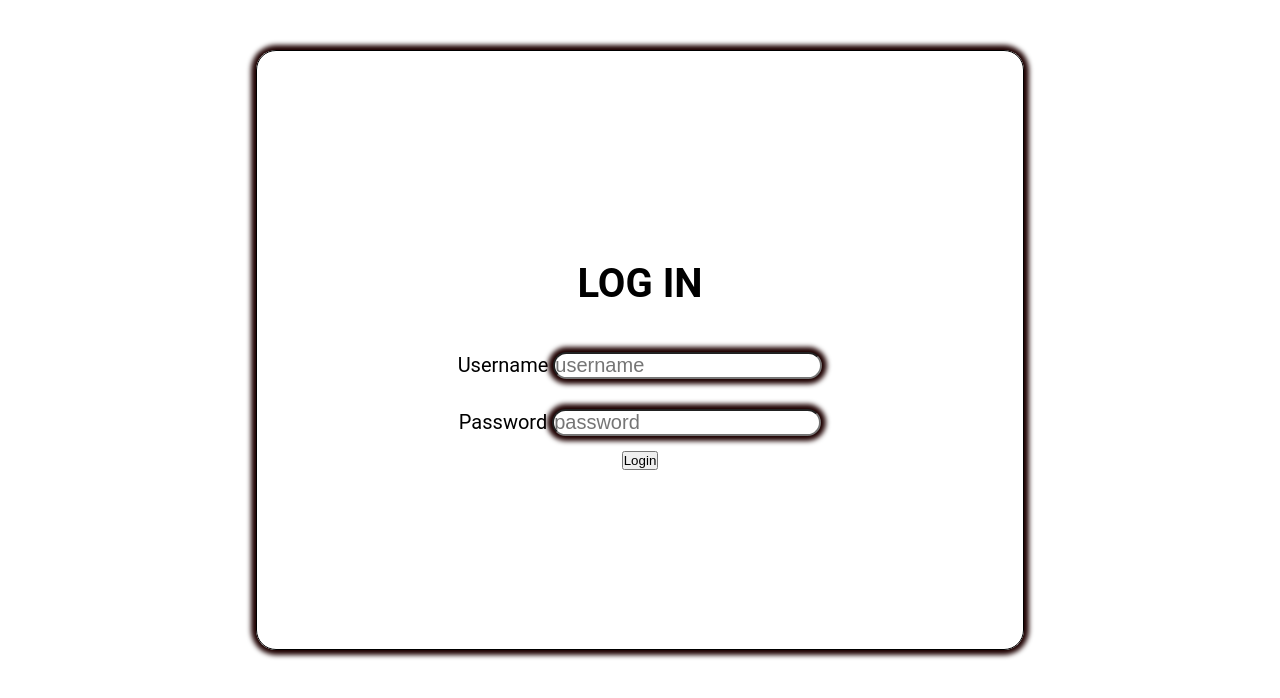
Repository: huyna1707/learning-git
Page: index.html
The author's editor kept a copy of each file at every save. The page is drawn from the files as they stood at one save, then again after the next save.
The browser window is 1280 px wide. The pictures show the whole page.

Above is the page before, as saved 2024-08-09 23:23:48.

After the next save:
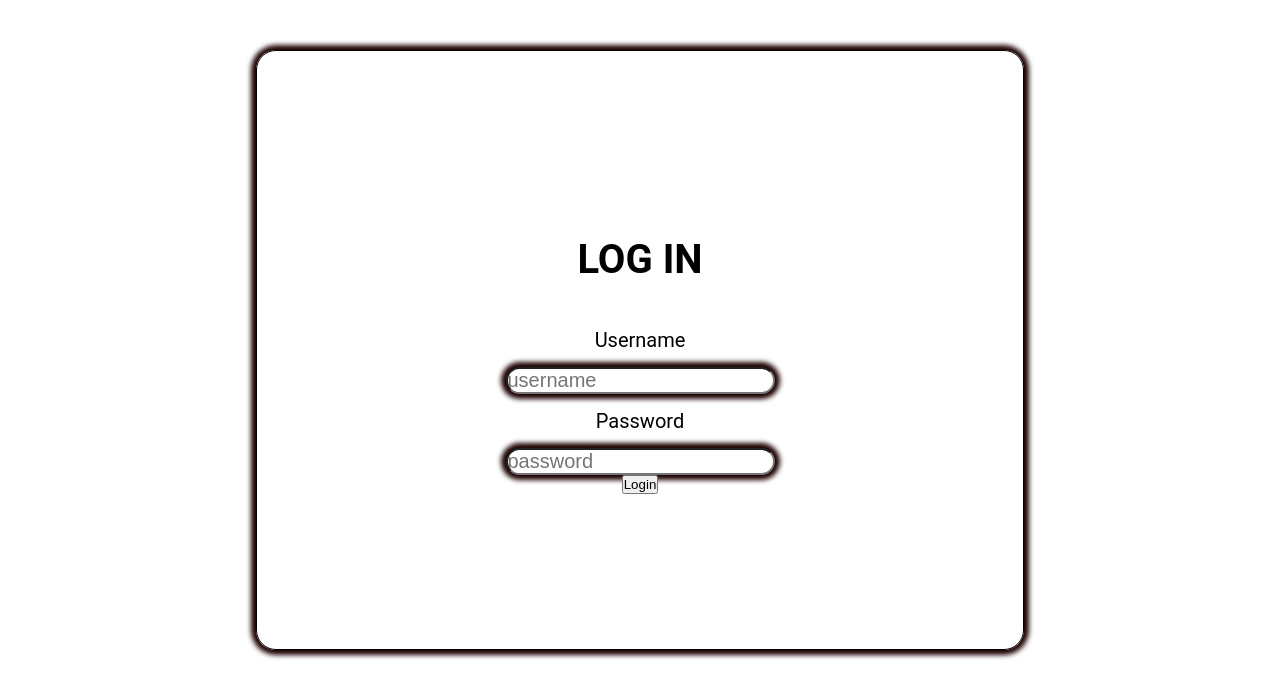
Saved 32 s later.
--- a/index.html
+++ b/index.html
@@ -8,12 +8,10 @@
 <body>
     <form action="menu">
         <h4>LOG IN</h4>
-        <label for="username">Username
-            <input type="text" placeholder="username" id="username">
-        </label>
-        <label for="passworld">Password
-            <input type="password" placeholder="password" id="password">
-        </label>
+        <label for="username">Username</label>
+        <input type="text" placeholder="username" id="username">
+        <label for="passworld">Password</label>
+        <input type="password" placeholder="password" id="password">
         <button type="submit" onclick="login">Login</button>
     </form>
 </body>
